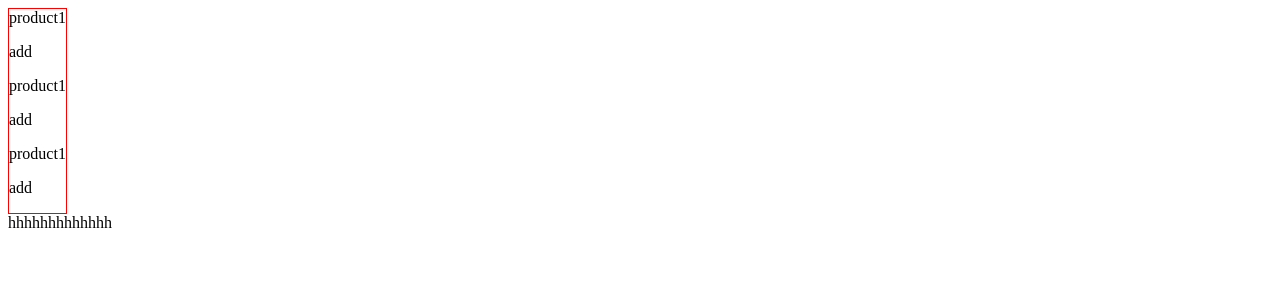
Repository: quynh232000/javascript-basic
Page: Lab5/demo.html
The author's editor kept a copy of each file at every save. The page is drawn from the files as they stood at one save, then again after the next save.
The browser window is 1280 px wide. The pictures show the whole page.

Above is the page before, as saved 2023-07-27 21:31:44.

### Lab5/demo.html
<!DOCTYPE html>
<html lang="en">
  <head>
    <meta charset="UTF-8" />
    <meta name="viewport" content="width=device-width, initial-scale=1.0" />
    <title>Document</title>
  </head>
  <body>
    <div class="left" style="border: 1px solid red; display: inline-block">
      <div class="item">
        product1
        <div>
          <span><p class="btn">add</p></span>
        </div>
      </div>
      <div class="item">
        product1
        <div>
          <span><p class="btn">add</p></span>
        </div>
      </div>
      <div class="item">
        product1
        <div>
          <span><p class="btn">add</p></span>
        </div>
      </div>
    </div>
    <br />
    <div>hhhhhhhhhhhhh</div>
    <div class="right"></div>
    <script>
      let a = document.querySelector(".left");
      let b = document.querySelector(".right");
      a.onclick = () => {
        b.appendChild(a.cloneNode(true));
      };
    </script>
  </body>
</html>

After the next save:
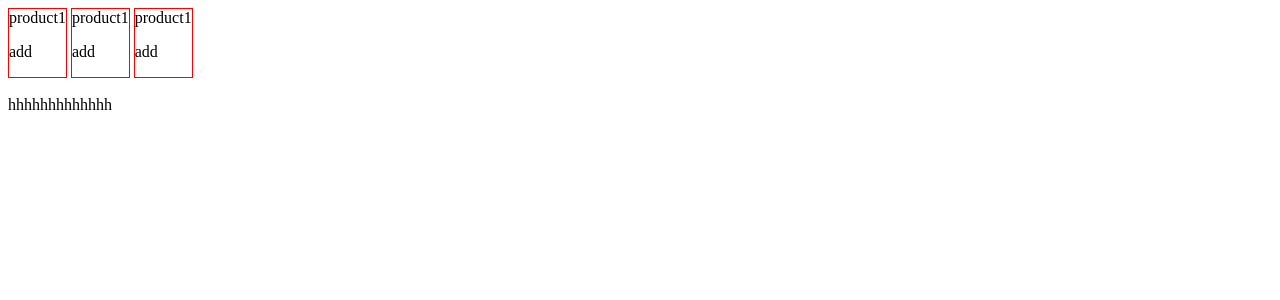
Saved 18 s later.
--- a/Lab5/demo.html
+++ b/Lab5/demo.html
@@ -6,20 +6,20 @@
     <title>Document</title>
   </head>
   <body>
-    <div class="left" style="border: 1px solid red; display: inline-block">
-      <div class="item">
+    <div class="left">
+      <div class="item" style="border: 1px solid red; display: inline-block">
         product1
         <div>
           <span><p class="btn">add</p></span>
         </div>
       </div>
-      <div class="item">
+      <div class="item" style="border: 1px solid red; display: inline-block">
         product1
         <div>
           <span><p class="btn">add</p></span>
         </div>
       </div>
-      <div class="item">
+      <div class="item" style="border: 1px solid red; display: inline-block">
         product1
         <div>
           <span><p class="btn">add</p></span>
